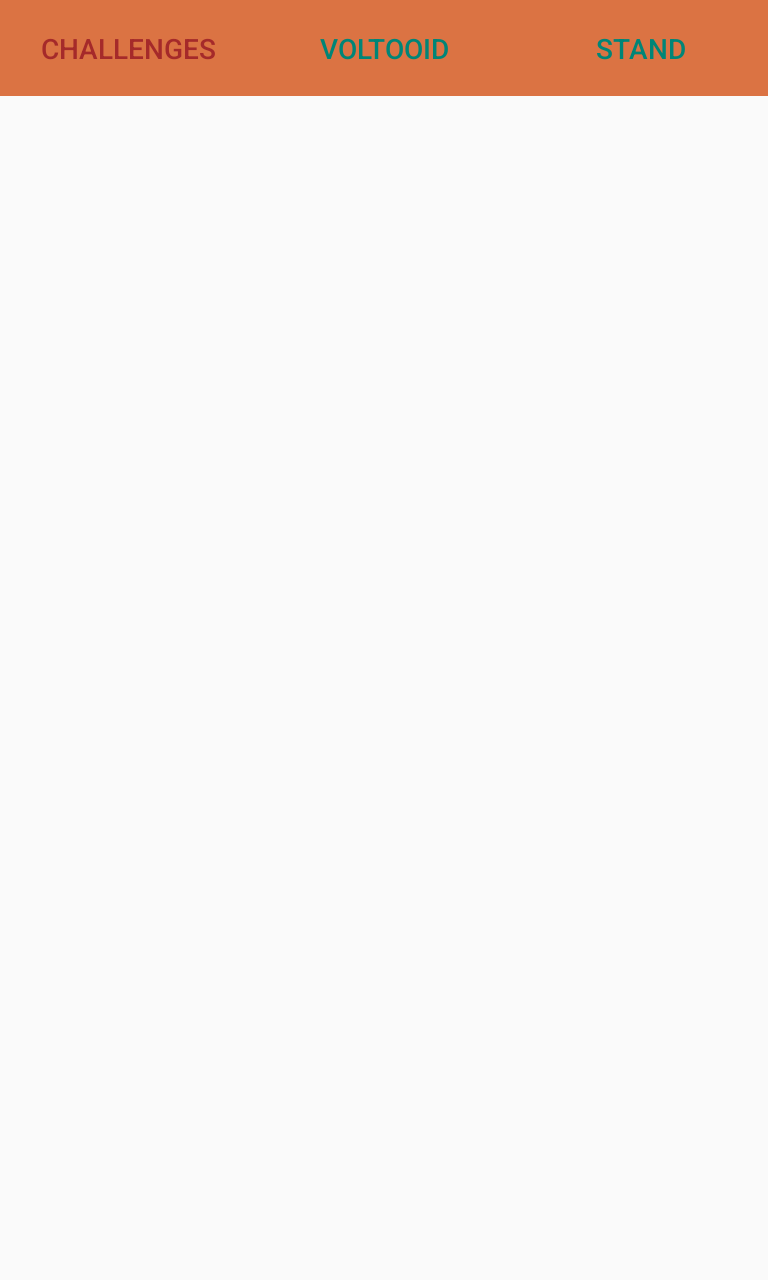
Repository: MarcSelles/BeatYourBucketAndroid
Layout: The_app/BeatYourBucket/res/layout/fragment_challenge_buttons.xml
An editor plug-in stored every save of this project. The layout is shown before and after the next save, followed by the edit.
It is drawn on a 768 x 1280 px phone screen (xhdpi) without system bars, with theme AppTheme; the app's code is not run.

Above is the layout before, as saved 2015-01-27 10:48:32.

### The_app/BeatYourBucket/res/layout/fragment_challenge_buttons.xml
<?xml version="1.0" encoding="utf-8"?>
<RelativeLayout xmlns:android="http://schemas.android.com/apk/res/android"
    android:layout_width="fill_parent"
    android:layout_height="fill_parent" >

    <LinearLayout
        android:id="@+id/tab_upper"
        android:layout_width="match_parent"
        android:layout_height="wrap_content"
        android:layout_alignParentTop="true"
        android:layout_gravity="top"
        android:gravity="center|top"
        android:orientation="horizontal" >

	    <Button
	        android:id="@+id/challenges"
	        android:layout_width="0sp"
	        android:layout_weight="0.3333333"
            android:layout_height="wrap_content"
            android:layout_gravity="center_horizontal|center"
            android:onClick="makeTabs2"
	        android:text="Challenges"
	        style="?android:attr/buttonBarButtonStyle"
	        android:background="#DB7343"
	        android:textColor="#A52A2A" />

	    <Button
	        android:id="@+id/completed"
	        android:layout_width="0sp"
	        android:layout_weight="0.3333333"
            android:layout_height="wrap_content"
            android:layout_gravity="center_horizontal|center"
            android:onClick="makeTabs2"
	        android:text="Voltooid"
	        style="?android:attr/buttonBarButtonStyle"
	        android:background="#DB7343" />

	    <Button
	        android:id="@+id/score"
	        android:layout_width="0sp"
	        android:layout_weight="0.3333333"
            android:layout_height="wrap_content"
            android:layout_gravity="center_horizontal|center"
            android:onClick="makeTabs2"
	        android:text="Stand"
	        style="?android:attr/buttonBarButtonStyle"
	        android:background="#DB7343" />

	</LinearLayout>

    <LinearLayout
        android:id="@+id/tabcontent2"
        android:layout_width="match_parent"
        android:layout_height="wrap_content"
        android:layout_alignParentBottom="true"
        android:layout_below="@+id/tab_upper"
        android:orientation="vertical" >

    </LinearLayout>

</RelativeLayout>

Loaded but not shown: The_app/BeatYourBucket/res/values/styles.xml (common file); The_app/BeatYourBucket/res/values-v11/styles.xml (common file); The_app/BeatYourBucket/res/values-v14/styles.xml (common file)

After the next save:
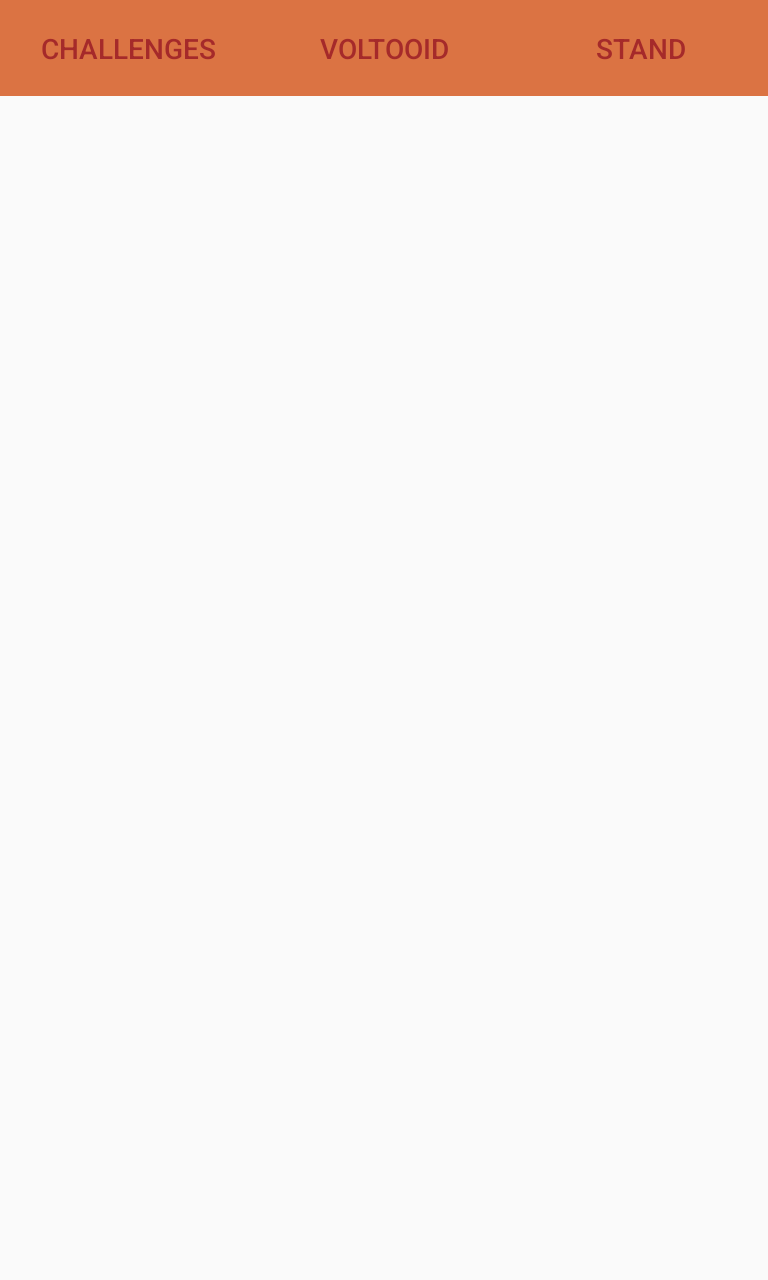
Saved 5 s later.
--- a/The_app/BeatYourBucket/res/layout/fragment_challenge_buttons.xml
+++ b/The_app/BeatYourBucket/res/layout/fragment_challenge_buttons.xml
@@ -33,7 +33,8 @@
             android:onClick="makeTabs2"
 	        android:text="Voltooid"
 	        style="?android:attr/buttonBarButtonStyle"
-	        android:background="#DB7343" />
+	        android:background="#DB7343"
+	        android:textColor="#A52A2A" />
 
 	    <Button
 	        android:id="@+id/score"
@@ -44,7 +45,8 @@
             android:onClick="makeTabs2"
 	        android:text="Stand"
 	        style="?android:attr/buttonBarButtonStyle"
-	        android:background="#DB7343" />
+	        android:background="#DB7343"
+	        android:textColor="#A52A2A" />
 
 	</LinearLayout>
 
